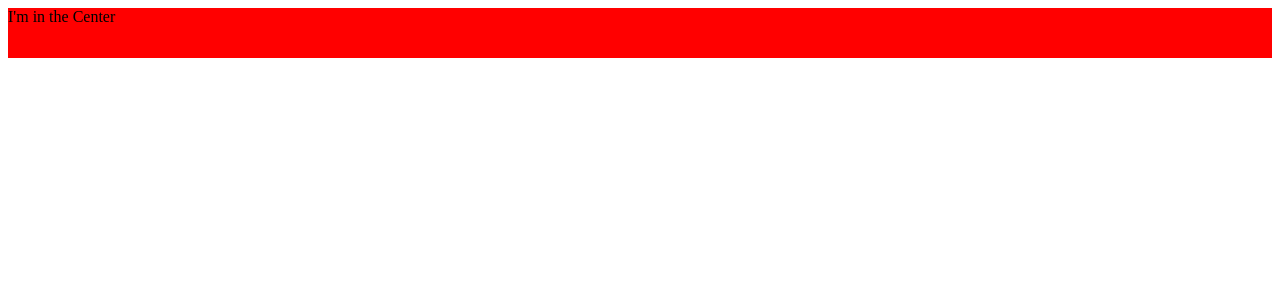
Repository: Sarah7223/internet-programming-tp
Page: TP1/ex2.html
The author's editor kept a copy of each file at every save. The page is drawn from the files as they stood at one save, then again after the next save.
The browser window is 1280 px wide. The pictures show the whole page.

Above is the page before, as saved 2022-12-23 14:21:42.

### TP1/ex2.html
<html>
    <head>
        <style>
            .flying-box{
                background-color: red;
                height :50px;
                weight:100px;
            }
        </style>
    </head>
    <body>
        <div class="wrapper">
            <div class="flying-box">
                I'm in the Center
            </div>
        </div>
    </body>
</html>

After the next save:
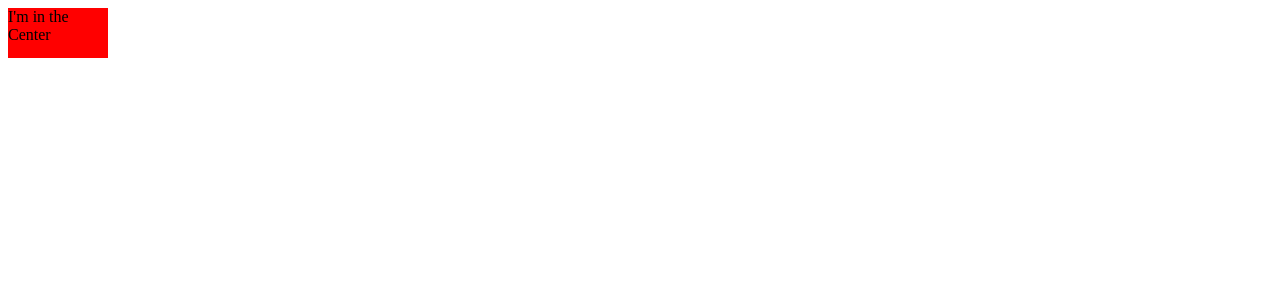
Saved 6 s later.
--- a/TP1/ex2.html
+++ b/TP1/ex2.html
@@ -4,7 +4,7 @@
             .flying-box{
                 background-color: red;
                 height :50px;
-                weight:100px;
+                width:100px;
             }
         </style>
     </head>
